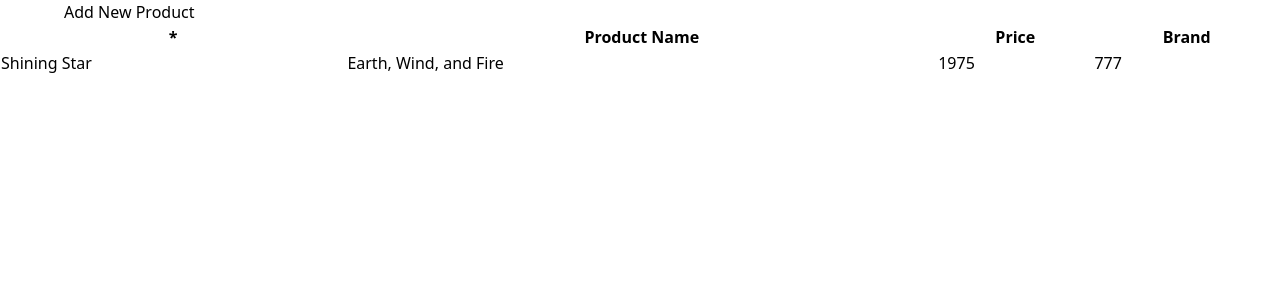
Repository: Semanmernstack/next-13-prisma-crud
Page: /product
These files come from the project's save history. The page is drawn as it stood at one moment and after the next save; the edit follows.
The browser window is 1280 px wide. The pictures show the whole page.
The project was rebuilt for these pictures with package versions that can differ from the ones it lists, and the page was loaded fresh each time. The framework's server and built-in components were replaced by stand-ins that run in the browser. Also part of the build but not shown: next.config.js.

Above is the page before, as saved 2023-06-01 01:38:18.

### app/layout.tsx
import './globals.css'
import { Inter } from 'next/font/google'



export const metadata = {
  title: 'Create Next App',
  description: 'Generated by create next app',
}

export default function RootLayout({
  children,
}: {
  children: React.ReactNode
}) {
  return (
    <html lang="en">
      <body className="">{children}</body>
    </html>
  )
}

### app/product/page.tsx
import React from 'react'
import AddPrisma from '../components/AddPrisma'

function page() {
  return (
    <div>
        <AddPrisma/>
        <table className="table w-full items-center">
        <thead>
          <tr className="items-center">
            <th>*</th>
            <th>Product Name</th>
            <th>Price</th>
            <th>Brand</th>
          </tr>
        </thead>
        <tbody>

          <tr>
            <td>Shining Star</td>
            <td>Earth, Wind, and Fire</td>
            <td>1975</td>
            <td>777</td>
          </tr>
        </tbody>
      </table>



    </div>
  )
}

export default page

### app/components/AddPrisma.tsx
"use client"
import React, { useState } from 'react'

function AddPrisma() {
    const [product, setProduct] = useState("");
    const [price, setPrice] = useState("")
    const [brand, setBrand] = useState("")
    const [open, setOpen] = useState(false)


  return (
    <div className=' mx-auto max-w-6xl items-center relative'>
        <button onClick={() => setOpen(true)}>Add New Product</button>
        {open ? (
            <div className="absolute justify-center items-center inset-0 fixed">
                <form className=" flex flex-col    decoration-slate-400 p-5 z-50" >
                    <div className='flex flex-col space-y-3 w-full'>
                        <label>Product Name</label>
                        <input className='w-full bg-slate-300 rounded-md outline-none' type="text" value={product} onChange={(e) => setProduct(e.target.value)} />
                    </div>
                    <div className='flex flex-col space-y-3 w-full'>
                        <label >Price</label>
                        <input className='w-ful bg-slate-300 rounded-md outline-none' type="text" value={price} onChange={(e) => setPrice(e.target.value)} />
                    </div>
                    <div className='flex flex-col  space-y-3 w-full'  >
                        <label>Brand</label>
                        <select className="outline-none hover:bg-blue-100" value={brand} onChange={(e) => setBrand(e.target.value)} >
                            <option className='outline-none hover:bg-blue-400' value="" disabled> Select Brand </option>
                            <option className='hover:bg-blue-900' value="">Brand 2</option>
                        </select>
                    </div>
                    <div className='flex space-x-5 items-center justify-center mt-8'>
                        <button type="button" className='bg-zinc-500 p-1 text-white' onClick={() => setOpen(false)} >Close</button>
                        <button type="submit" className="bg-red-500 p-1"  >Save</button>
                    </div>



                </form>

            </div>
        ): (null)}

    </div>

  )
}

export default AddPrisma

Loaded but not shown: app/globals.css (common file); tailwind.config.js (common file)

After the next save:
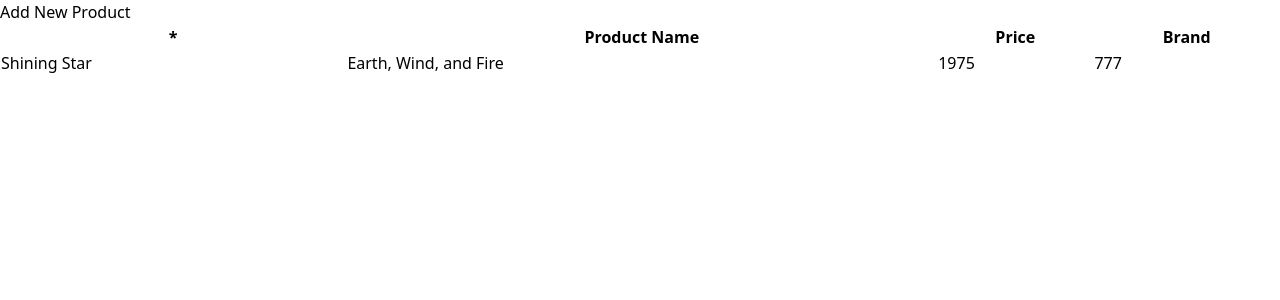
Saved 2 min 33 s later.
--- a/app/components/AddPrisma.tsx
+++ b/app/components/AddPrisma.tsx
@@ -9,11 +9,11 @@
 
 
   return (
-    <div className=' mx-auto max-w-6xl items-center relative'>
+    <div className=' '>
         <button onClick={() => setOpen(true)}>Add New Product</button>
         {open ? (
-            <div className="absolute justify-center items-center inset-0 fixed">
-                <form className=" flex flex-col    decoration-slate-400 p-5 z-50" >
+            <div className="absolute justify-center items-center inset-0 ">
+                <form className=" flex flex-col max-auto max-w-6xl    decoration-slate-400 p-5 z-50" >
                     <div className='flex flex-col space-y-3 w-full'>
                         <label>Product Name</label>
                         <input className='w-full bg-slate-300 rounded-md outline-none' type="text" value={product} onChange={(e) => setProduct(e.target.value)} />
